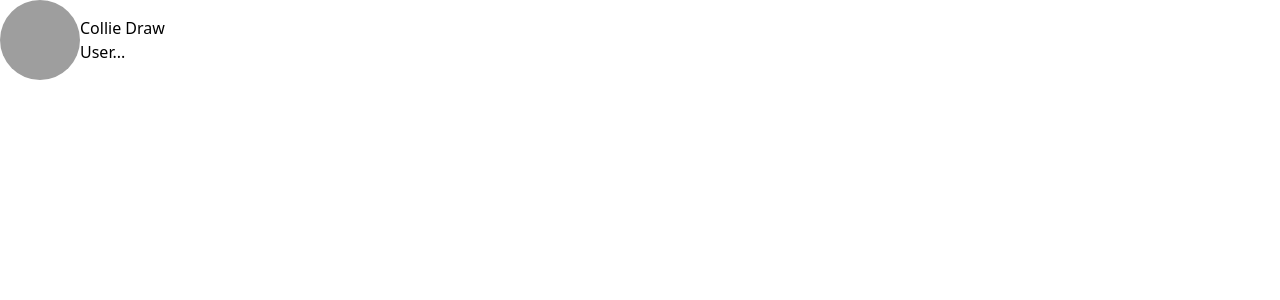
Repository: dcolind/BlockChain-Lotto
Page: /
An editor plug-in stored every save of this project. The page is shown before and after the next save, followed by the edit.
The browser window is 1280 px wide. The pictures show the whole page.
Pictures or frames that could not be fetched are drawn as grey boxes. The project was rebuilt for these pictures with package versions that can differ from the ones it lists, and the page was loaded fresh each time. The framework's server and built-in components were replaced by stand-ins that run in the browser. Also part of the build but not shown: next.config.js.

Above is the page before, as saved 2022-08-30 11:24:55.

### pages/index.tsx
import type { NextPage } from 'next'
import Head from 'next/head'
import Header from '../components/Header'


const Home: NextPage = () => {
  return (
    <div className="">
      <Head>
        <title>Collie Lottery</title>
        <link rel="icon" href="/favicon.ico" />
      </Head>

      <Header/>

    </div>
  )
}

export default Home

### components/Header.tsx
import React from 'react'

function Header() {
  return (
    <div>
        <div className="flex  items-center space">
           <img className="rounded-full h-20 w-20"
           src="https://i.imgur.com/4h7mAu7.png"
           alt="" />
        <div>
            <h1>Collie Draw</h1>
            <p>User...</p>
        </div>
        </div>
    </div>
  )
}

export default Header

Loaded but not shown: pages/_app.tsx (common file); styles/globals.css (common file); tailwind.config.js (common file)

After the next save:
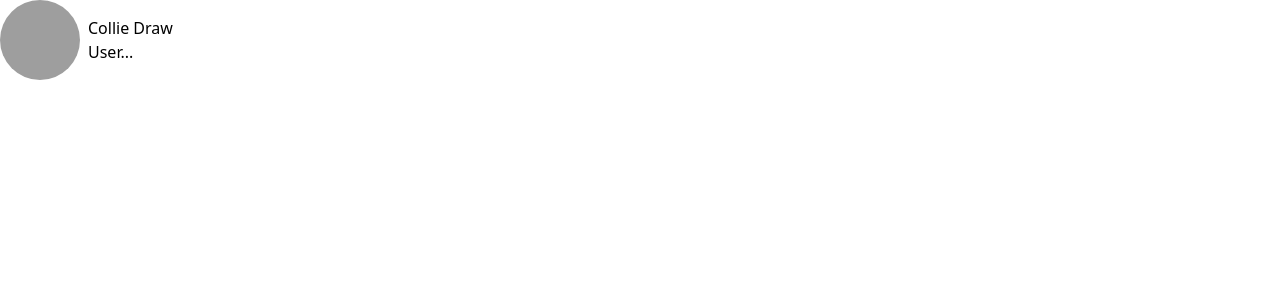
Saved 4 s later.
--- a/components/Header.tsx
+++ b/components/Header.tsx
@@ -3,7 +3,7 @@ import React from 'react'
 function Header() {
   return (
     <div>
-        <div className="flex  items-center space">
+        <div className="flex  items-center space-x-2">
            <img className="rounded-full h-20 w-20"
            src="https://i.imgur.com/4h7mAu7.png"
            alt="" />
